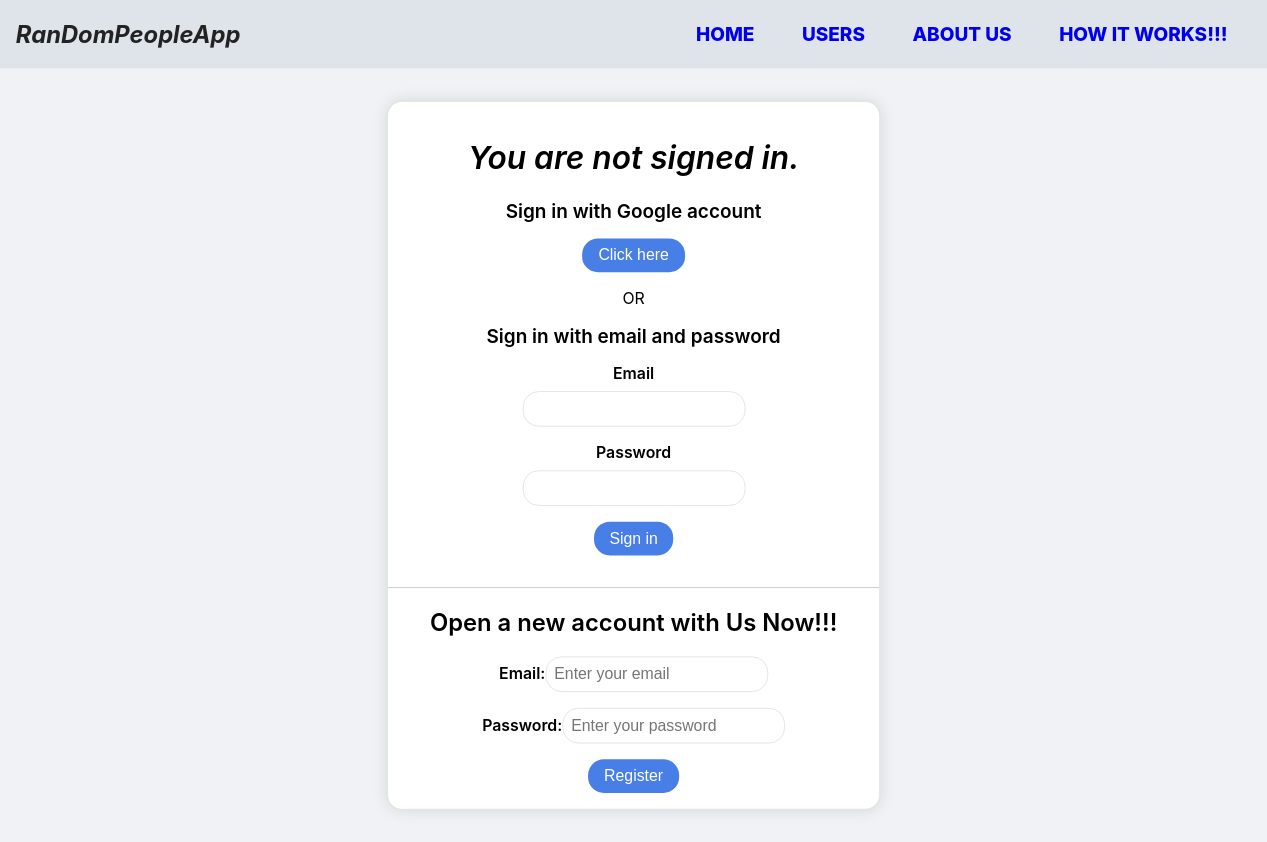
Repository: MikkyPrestige/RandomProfiles
Page: /profile
The author's editor kept a copy of each file at every save. The page is drawn from the files as they stood at one save, then again after the next save.
The browser window is 1280 px wide. The pictures show the whole page, at 99% of full size.
The page's requests for data from a server got no answer. The project was rebuilt for these pictures with package versions that can differ from the ones it lists, and the page was loaded fresh each time. Some packages were replaced by stand-ins written for this rebuild. No one was signed in, and anything a server would have sent is missing. Also part of the build but not shown: src/assets/styles/home.css, src/components/avatar.jsx, src/components/home.jsx, src/assets/styles/users.css, src/components/users.jsx, src/assets/styles/search.css, src/components/search.jsx, src/assets/styles/help.css and 6 more.

Above is the page before, as saved 2022-11-30 04:05:55.

### public/index.html
<!DOCTYPE html>
<html lang="en">

<head>
  <meta charset="utf-8" />
  <link rel="icon" href="%PUBLIC_URL%/favicon.ico" />
  <meta name="viewport" content="width=device-width, initial-scale=1" />
  <meta name="theme-color" content="#000000" />
  <meta name="description" content="Web site created using create-react-app" />
  <link rel="apple-touch-icon" href="%PUBLIC_URL%/logo192.png" />
  <!--
      manifest.json provides metadata used when your web app is installed on a
      user's mobile device or desktop. See https://developers.google.com/web/fundamentals/web-app-manifest/
    -->
  <link rel="manifest" href="%PUBLIC_URL%/manifest.json" />
  <!--
      Notice the use of %PUBLIC_URL% in the tags above.
      It will be replaced with the URL of the `public` folder during the build.
      Only files inside the `public` folder can be referenced from the HTML.

      Unlike "/favicon.ico" or "favicon.ico", "%PUBLIC_URL%/favicon.ico" will
      work correctly both with client-side routing and a non-root public URL.
      Learn how to configure a non-root public URL by running `npm run build`.
    -->
  <title>AltSchool Assignment 2</title>
</head>

<body>
  <noscript>You need to enable JavaScript to run this app.</noscript>
  <div id="root"></div>
  <!--
      This HTML file is a template.
      If you open it directly in the browser, you will see an empty page.

      You can add webfonts, meta tags, or analytics to this file.
      The build step will place the bundled scripts into the <body> tag.

      To begin the development, run `npm start` or `yarn start`.
      To create a production bundle, use `npm run build` or `yarn build`.
    -->
</body>

</html>

### src/index.css
body {
  margin: 0;
  font-family: -apple-system, BlinkMacSystemFont, 'Segoe UI', 'Roboto', 'Oxygen',
    'Ubuntu', 'Cantarell', 'Fira Sans', 'Droid Sans', 'Helvetica Neue',
    sans-serif;
  -webkit-font-smoothing: antialiased;
  -moz-osx-font-smoothing: grayscale;
  background-color: #f1f2f6;
}

code {
  font-family: source-code-pro, Menlo, Monaco, Consolas, 'Courier New',
    monospace;
}

### src/App.jsx
import * as React from "react";
import { ErrorBoundary } from "react-error-boundary";
import { Route, Routes } from "react-router-dom";
import {
  Layout,
  Home,
  Users,
  Search,
  Help,
  About,
  Error,
  ErrorFallBack,
  Profile,
  // Footer,
} from "./components";

const App = () => {
  return (
    <div className="App">
      <main>
        <ErrorBoundary FallbackComponent={ErrorFallBack}>
          <Layout />
          <Routes>
            <Route path="/" element={<Home />} />
            <Route path="users">
              <Route index element={<Users />} />
              <Route path=":id" element={<Search />} />
            </Route>
            <Route path="profile" element={<Profile />} />
            <Route path="help" element={<Help />} />
            <Route path="about" element={<About />} />
            <Route path="*" element={<Error />} />
          </Routes>
        </ErrorBoundary>
        {/* <Footer /> */}
      </main>
    </div>
  );
};

export default App;

### src/components/index.js
export { default as Layout } from "./layout";
export { default as Home } from "./home";
export { default as Users } from "./users";
export { default as Search } from "./search";
export { default as Help } from "./help";
export { default as About } from "./about";
export { default as Error } from "./error";
export { default as ErrorFallBack } from "./errorFallback";
export { default as Profile } from "./profile";
export { Footer } from "./avatar";

### src/components/layout.jsx
// LAYOUT COMPONENT - This component is for the App Layout that displays the Navigation bar in the app UI to the user when app is open

import { NavLink } from "react-router-dom";
import "../assets/styles/layout.css";

const CustomNavLink = ({ to, ...props }) => {
  let activeStyle = {
    textDecoration: 'underline',
    color: 'red',
  };

  return (
    <NavLink
      style={({ isActive }) =>
        isActive ? activeStyle : { textDecoration: 'none' }
      }
      to={to}
      end
      {...props}
    />
  );
};


const Layout = () => {

  return (
    <nav className="layout">
      <div className="app-header">
        <h1>RanDomPeopleApp</h1>
      </div>
      <div className="nav__items">
        <CustomNavLink to="/" className="nav__item">Home</CustomNavLink>
        <CustomNavLink to="users" className="nav__item">Users</CustomNavLink>
        <CustomNavLink to="about" className="nav__item">About us</CustomNavLink>
        <CustomNavLink to="help" className="nav__item">How it works!!!</CustomNavLink>
      </div>
    </nav>
  );
}

export default Layout;

### src/components/profile.jsx
import {
  signInWithRedirect,
  auth,
  provider,
  getRedirectResult,
  onAuthStateChanged,
  createUserWithEmailAndPassword,
  signInWithEmailAndPassword,
  signOut,
  deleteUser,
} from "../config";
import { useEffect, useState } from "react";
import { Avatar } from "./avatar";
import "../assets/styles/profile.css";

const Profile = () => {
  const [user, setUser] = useState(null);
  const [signedIn, setSignedIn] = useState(false);
  const [email, setEmail] = useState("");
  const [password, setPassword] = useState("");
  const [error, setError] = useState(null);

  // handle register form
  const handleRegister = (e) => {
    e.preventDefault();
    createUserWithEmailAndPassword(auth, email, password)
      .then(() => {
        // Signed in
        console.log("User account created & signed in!");
      })
      .catch((error) => {
        if (error.code === "auth/email-already-in-use") {
          setError("This email address is already in use!");
        }
        if (error.code === "auth/invalid-email") {
          setError("This email address is invalid!");
        }
        console.error(error);
      });
  };

  // sign in with email and password
  const handleSignIn = (e) => {
    e.preventDefault();
    signInWithEmailAndPassword(auth, email, password)
      .then(() => {
        console.log("User signed in!");
      })
      .catch((error) => {
        if (error.code === "auth/wrong-password") {
          setError("Wrong password!");
        }
        if (error.code === "auth/user-not-found") {
          setError("User not found!");
        }
        console.error(error);
      });
  };

  // handle onchange
  const handleChange = (e) => {
    const { name, value } = e.target;
    if (name === "email") {
      setEmail(value);
    }
    if (name === "password") {
      setPassword(value);
    }
  };

  // handle sign In
  const signIn = (e) => {
    e.preventDefault();
    signInWithRedirect(auth, provider);
  };

  // handle sign out
  const handleSignOut = (e) => {
    e.preventDefault();
    signOut(auth)
      .then(() => {
        console.log("User signed out!");
      })
      .catch((error) => {
        console.error(error);
      });
  };

  // handle delete user
  const handleDelete = (e) => {
    e.preventDefault();
    deleteUser(auth.currentUser)
      .then(() => {
        console.log("User deleted!");
      })
      .catch((error) => {
        console.error(error);
      });
  };

  // Get redirect result
  useEffect(() => {
    getRedirectResult(auth)
      .then((result) => {
        if (result) {
          setSignedIn(true);
          // navigate("/users");
        } else {
          // console.log("No user");
        }
      })
      .catch((error) => {
        console.log(error);
      });
  }, []);

  // Check auth state
  useEffect(() => {
    onAuthStateChanged(auth, (user) => {
      if (user) {
        // destructure user
        const { displayName, photoURL, email, phoneNumber } = user;
        // set user state
        setUser({ displayName, photoURL, email, phoneNumber });
        // navigate("/users");
      } else {
        setUser(null);
      }
    });
  }, []);

  return (
    <div className="profile">
      <div className="profile__container">
        <div className="profile__desc">
          {user ? (
            <div className="profile__user">
              <h1 className="profile__title">Welcome, you are signed in.</h1>
              <Avatar image={user.photoURL} alt="user" style={{ width: '10rem', height: '10rem', borderRadius: '50%' }} />
              <p className="profile__detail"><strong>Signed in account name: </strong>{user.displayName}</p>
              <p className="profile__detail"><strong>Signed in email: </strong>{user.email}</p>
              <p className="profile__detail">{user.phoneNumber}</p>
              <div className="btn__wrapper">
                <button onClick={handleSignOut} className="btn">
                  Sign Out
                </button>
                <button onClick={handleDelete} className="btn">
                  Delete Account
                </button>
              </div>
            </div>
          ) : (
            <div className="profile__user">
              <div className="profile__wrapper">
                <h1 className="profile__title">You are not signed in.</h1>
                <h2 className="profile__head">Sign in with Google account</h2>
                <button onClick={signIn} className="sign__btn">
                  Click here
                </button>
                <p className="or">OR</p>
                <h2 className="profile__head">Sign in with email and password</h2>
                <form onSubmit={handleSignIn} className="signIn__form">
                  <label htmlFor="email" className="signIn__label">Email</label>
                  <input
                    type="email"
                    name="email"
                    id="email"
                    value={email}
                    onChange={handleChange}
                    className="signIn__input"
                  />
                  <label htmlFor="password" className="signIn__label">Password</label>
                  <input
                    type="password"
                    name="password"
                    id="password"
                    value={password}
                    onChange={handleChange}
                    className="signIn__input"
                  />
                  {error && <p className="error">{error}</p>}
                  <button type="submit" className="sign__btn">
                    Sign in
                  </button>
                </form>
              </div>
              <div className="register__container">
              <h2 className="register__title">Open a new account with Us Now!!!</h2>
              <form onSubmit={handleRegister} className="register__form">
                <div className="register__group">
                  <label htmlFor="email" className="register__label">
                    Email:
                  </label>
                  <input
                    type="email"
                    name="email"
                    value={email}
                    placeholder="Enter your email"
                    onChange={handleChange}
                    className="register__input"
                  />
                  {error && <p className="error">{error}</p>}
                </div>
                <div className="register__group">
                  <label htmlFor="password" className="register__label">
                    Password:
                  </label>
                  <input
                    type="password"
                    name="password"
                    placeholder="Enter your password"
                    value={password}
                    onChange={handleChange}
                    className="register__input"
                  />
                </div>
                <button type="submit" className="sign__btn">
                  Register
                </button>
              </form>
              </div>
            </div>
          )}
        </div>
      </div>
    </div>
  );
};

export default Profile;

### src/assets/styles/layout.css
.layout {
  background-color: #dfe4ea;
  padding: 0rem 1rem;
  color: #222;
  display: flex;
  align-items: center;
  justify-content: space-between;
}

.app-header {
  font-style: italic;
}

.nav__items {
  display: flex;
  align-items: center;
  list-style: none;
  flex-wrap: wrap;
}

.nav__item {
  font-size: 1.2rem;
  font-weight: 800;
  padding: 1rem 1.5rem;
  text-transform: uppercase;
}

.attribution {
  text-align: center;
}

.footer {
  color: #222;
  text-decoration: none;
  cursor: pointer;
  font-style: italic;
  font-weight: 600;
}

### src/config/index.js
// Import the functions you need from the SDKs you need
import { initializeApp } from "firebase/app";
import {
  getAuth,
  signInWithRedirect,
  GoogleAuthProvider,
  getRedirectResult,
  onAuthStateChanged,
  createUserWithEmailAndPassword,
  signInWithEmailAndPassword,
  signOut,
  deleteUser
} from "firebase/auth";

// web app's Firebase configuration
const firebaseConfig = {
  apiKey: "AIzaSyCfrfw6chi091bWLqJvanxAUTxgJ5XqEu0",
  authDomain: "random-people-app.firebaseapp.com",
  projectId: "random-people-app",
  storageBucket: "random-people-app.appspot.com",
  messagingSenderId: "1097586453252",
  appId: "1:1097586453252:web:4575afe7663a752ae77e51",
};

// Initialize Firebase
const app = initializeApp(firebaseConfig);
// Setup Google auth provider
const provider = new GoogleAuthProvider();

const auth = getAuth();

export {
  app,
  provider,
  auth,
  signInWithRedirect,
  getRedirectResult,
  onAuthStateChanged,
  createUserWithEmailAndPassword,
  signInWithEmailAndPassword,
  signOut,
  deleteUser
};

### src/assets/styles/profile.css
.profile {
  padding: 2rem;
  height: 100%;
}

.profile__container {
  display: flex;
  flex-direction: column;
  align-items: center;
  justify-content: center;
}

.profile__desc {
  text-align: center;
  max-width: 500px;
  width: 100%;
}

.profile__user {
  background-color: #fff;
  border: 2px solid #e1e8e1;
  border-radius: 1rem;
  box-shadow: 0 0 1rem rgba(0, 0, 0, 0.1);
  padding: 1rem 0;
}

.profile__title {
  font-size: 2rem;
  font-weight: 600;
  font-style: oblique;
}

.profile__detail {
  font-size: 1.2rem;
  font-weight: 400;
}

.btn__wrapper {
  display: flex;
  justify-content: center;
  align-items: center;
  gap: 5rem;
  margin-top: 2rem;
}

.btn {
  background-color: #e1e8e1;
  color: red;
  border: none;
  border-radius: 1rem;
  padding: .5rem;
  font-size: 1rem;
  cursor: pointer;
}

.btn:hover {
  background-color: #d1d8d1;
  color: #0651ddbb;
}

.btn:active {
  background-color: #c1c8c1;
  color: #0651ddbb;
}

.sign__btn {
  background-color: #0651ddbb;
  color: #fff;
  border: none;
  border-radius: 1rem;
  padding: .5rem 1rem;
  font-size: 1rem;
  cursor: pointer;
}

.sign__btn:hover {
  background-color: #0651dd;
  color: #fff;
}

.sign__btn:active {
  background-color: #0651dd;
  color: #fff;
}

.profile__wrapper {
  /* display: flex;
  flex-direction: column;
  justify-content: center;
  align-items: center; */
  /* gap: 2rem; */
  /* margin-top: 2rem; */
}

.profile__head {
  font-size: 1.2rem;
  font-weight: 600;
  text-align: center;
  margin-bottom: 1rem;
}

.signIn__form {
  display: flex;
  flex-direction: column;
  justify-content: center;
  align-items: center;
}

.signIn__label {
  font-size: 1rem;
  font-weight: 600;
  margin-bottom: .5rem;
}

.signIn__input {
  border: 1px solid #e1e8e1;
  border-radius: 1rem;
  padding: .5rem;
  font-size: 1rem;
  margin-bottom: 1rem;
}

.register__container {
  margin-top: 2rem;
  border-top: 1px solid #ccc;
}

.register__title {
  font-size: 1.5rem;
  font-weight: 600;
}

.register__group {
}

.register__label {
  font-size: 1rem;
  font-weight: 600;
  margin-bottom: .5rem;
}

.register__input {
  border: 1px solid #e1e8e1;
  border-radius: 1rem;
  padding: .5rem;
  font-size: 1rem;
  margin-bottom: 1rem;
}

Loaded but not shown: src/index.js (common file)

After the next save:
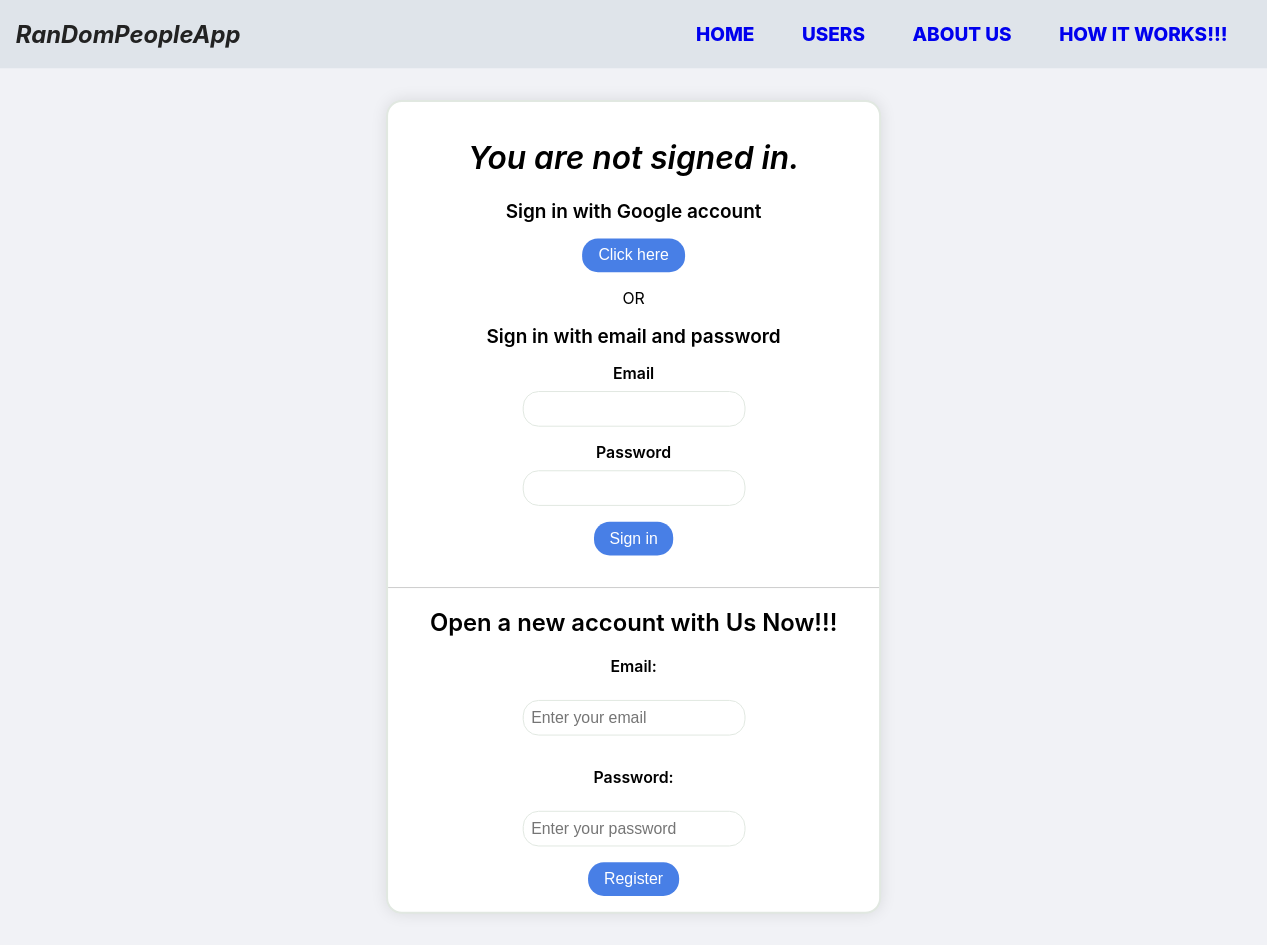
Saved 22 s later.
--- a/src/assets/styles/profile.css
+++ b/src/assets/styles/profile.css
@@ -131,6 +131,12 @@
 }
 
 .register__group {
+  display: flex;
+  flex-direction: column;
+  justify-content: center;
+  align-items: center;
+  gap: 1rem;
+  margin-top: 1rem;
 }
 
 .register__label {
